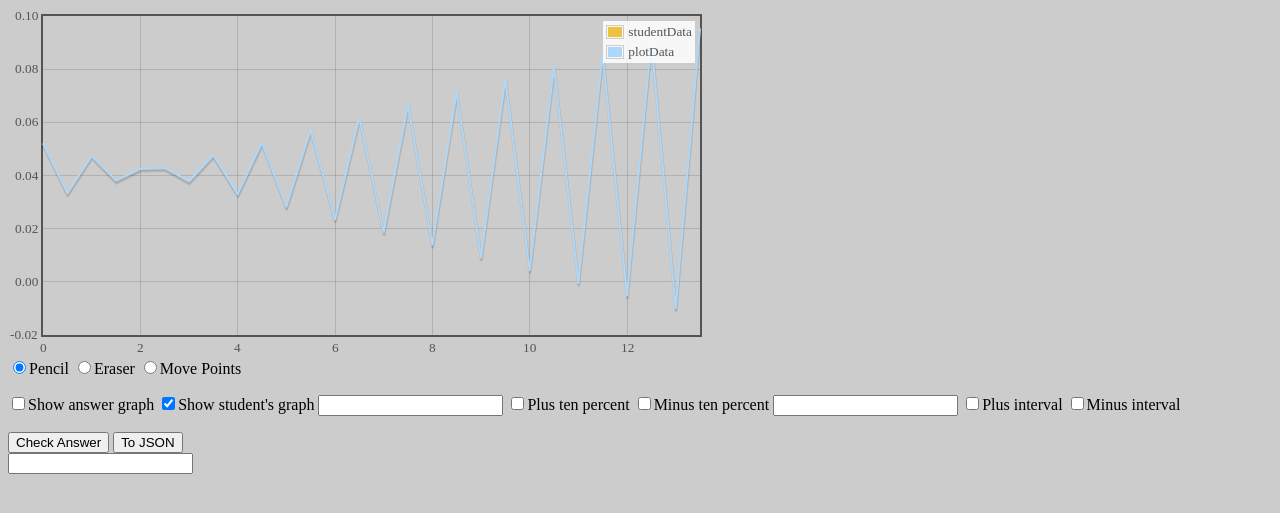
Repository: danmartelly/601autogradeGraphs
Page: flotSketching/test.html
These files come from the project's save history. The page is drawn as it stood at one moment and after the next save; the edit follows.
The browser window is 1280 px wide. The pictures show the whole page.

Above is the page before, as saved 2014-01-30 16:29:19.

After the next save:
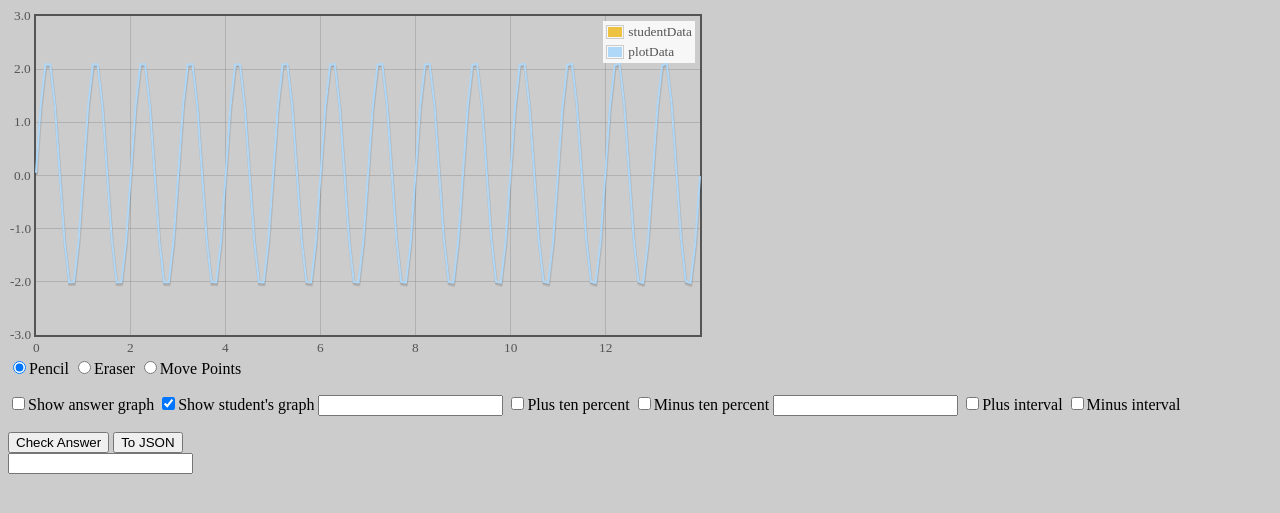
Saved 50 min 37 s later.
--- a/flotSketching/test.js
+++ b/flotSketching/test.js
@@ -15,7 +15,7 @@
 	function genericSin(x, amp, freq, xShift, offset) {
 		return amp*Math.sin(2*Math.PI*freq*(x - xShift)) + offset
 	}
-	for (var i = 0; i < 14; i += 0.5) {
+	for (var i = 0; i < 14; i += 0.1) {
 		plotData.data.push([i, genericSin(i, 2.15452795, 0.99964759, 0.99957028, 0.04148915)]);
 	}
 

After the save that followed:
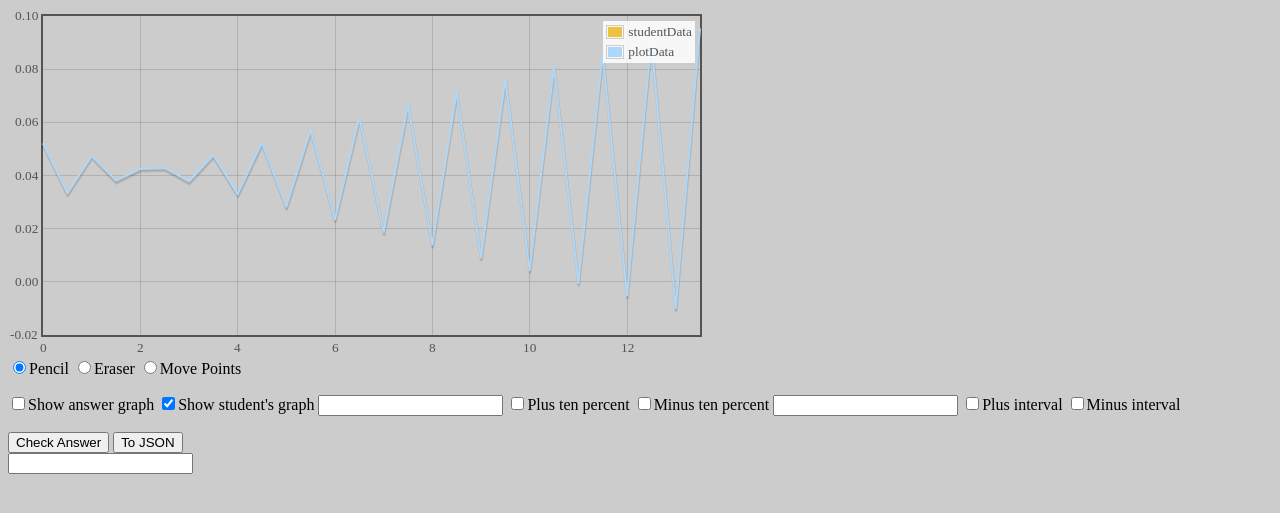
Saved 37 s later.
--- a/flotSketching/test.js
+++ b/flotSketching/test.js
@@ -15,7 +15,7 @@
 	function genericSin(x, amp, freq, xShift, offset) {
 		return amp*Math.sin(2*Math.PI*freq*(x - xShift)) + offset
 	}
-	for (var i = 0; i < 14; i += 0.1) {
+	for (var i = 0; i < 14; i += 0.5) {
 		plotData.data.push([i, genericSin(i, 2.15452795, 0.99964759, 0.99957028, 0.04148915)]);
 	}
 
